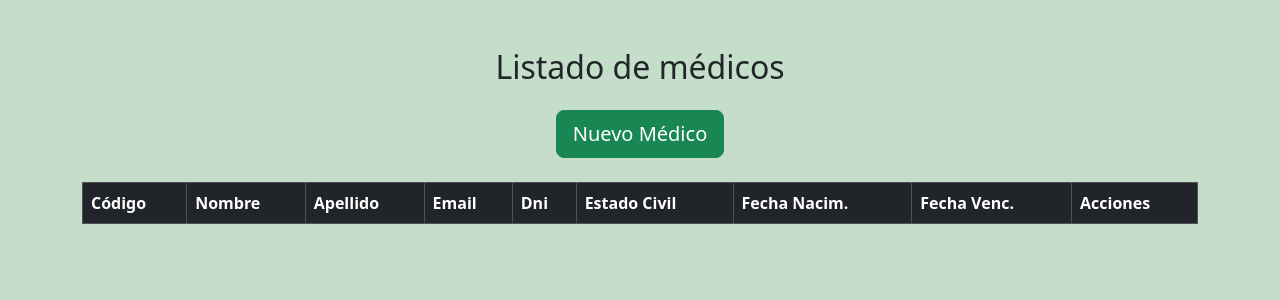
Repository: FernandoSanzPacheco/LPII_T3_SANZPACHECOFERNANDO
Page: http://localhost/Vistas/ListadoMedicos
An editor plug-in stored every save of this project. The page is shown before and after the next save, followed by the edit.
The browser window is 1280 px wide. The pictures show the whole page.
The page is this project's Thymeleaf template; nobody is signed in. The template is opened directly, without the code that normally fills it, so the values that code supplies are empty.

Above is the page before, as saved 2025-02-20 02:56:34.

After the next save:
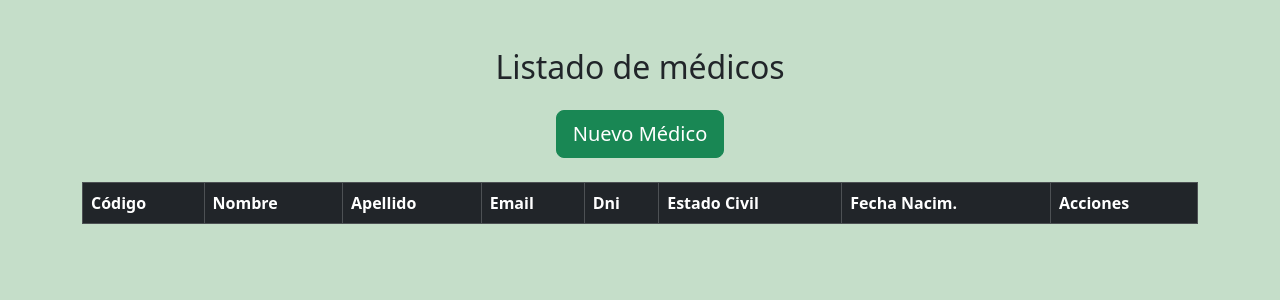
Saved 18 s later.
--- a/LPII_T3_SANZPACHECOFERNANDO/src/main/resources/templates/Vistas/ListadoMedicos.html
+++ b/LPII_T3_SANZPACHECOFERNANDO/src/main/resources/templates/Vistas/ListadoMedicos.html
@@ -38,7 +38,6 @@
                         <th>Dni</th>
                         <th>Estado Civil</th>
                         <th>Fecha Nacim.</th>
-                        <th>Fecha Venc.</th>
                         <th>Acciones</th>
                     </tr>
                 </thead>
